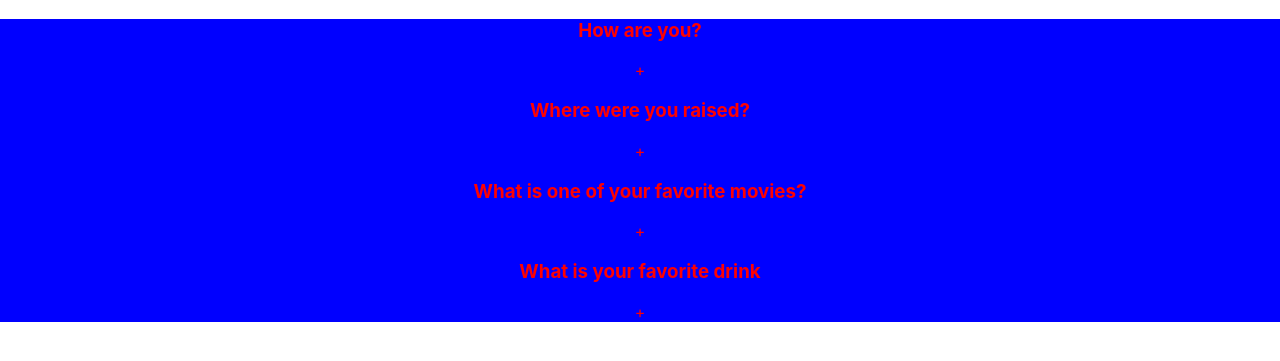
Repository: kosenijr/react-projects
Page: / (app in accordion/)
These files come from the project's save history. The page is drawn as it stood at one moment and after the next save; the edit follows.
The browser window is 1280 px wide. The pictures show the whole page.
The project was rebuilt for these pictures with package versions that can differ from the ones it lists, and the page was loaded fresh each time.

Above is the page before, as saved 2024-03-02 17:11:55.

### accordion/src/App.js
import React from "react";
import "./App.css";
import Accordion from "./components/Accordion";

function App() {
  return (
    <div className="App">
      <Accordion />
    </div>
  );
}

export default App;

### accordion/src/components/Accordion.js
import React, { useState } from "react";
import styles from "../styles/Accordion.css";
import data from "../data";

function Accordion() {
  // setting up useState
  const [selected, setSelected] = useState(null);
  return (
    <div className="wrapper">
      <div className="accordion">
        {data && data.length > 0 ? (
          data.map((dataItem) => <div className="item">
            <div className="title">
            <h3>{dataItem.question}</h3>
            <span>+</span>
            </div>
          </ div>)
        ) : (
          <div>No data found!</div>
        )}
      </div>
    </div>
  );
}

export default Accordion;

### accordion/src/styles/Accordion.css
.accordion {
  background-color: blue;
  color: red;
}

### accordion/src/data.js
const data = [
  {
    id: 1,
    question: "How are you?",
    answer: "I am well!",
  },

  {
    id: 2,
    question: "Where were you raised?",
    answer: "I was raised in Queens.",
  },

  {
    id: 3,
    question: "What is one of your favorite movies?",
    answer: "Harlem Nights",
  },

  {
    id: 4,
    question: "What is your favorite drink",
    answer: "Water",
  },
];

export default data;

Loaded but not shown: accordion/public/index.html (common file); accordion/src/index.js (common file); accordion/src/index.css (common file); accordion/src/reportWebVitals.js (common file); accordion/src/App.css (common file)

After the next save:
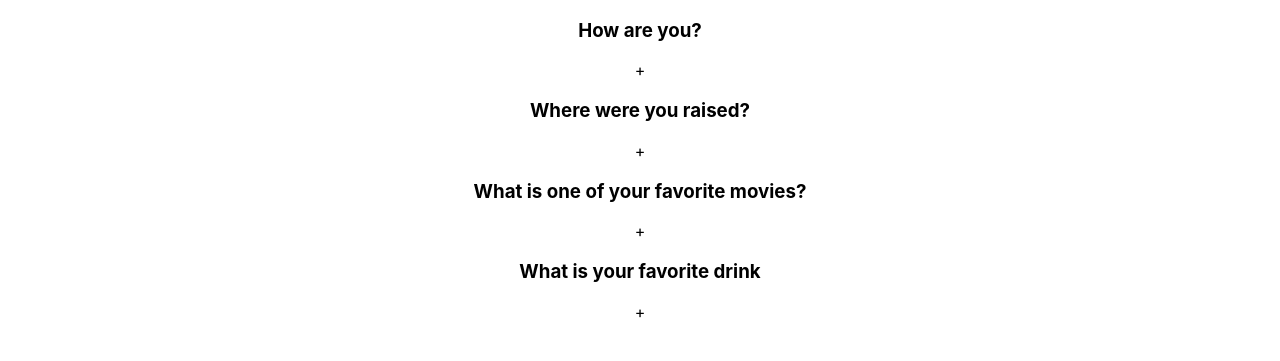
Saved 3 min 5 s later.
--- a/accordion/src/styles/Accordion.css
+++ b/accordion/src/styles/Accordion.css
@@ -1,4 +1,3 @@
 .accordion {
-  background-color: blue;
-  color: red;
+
 }
